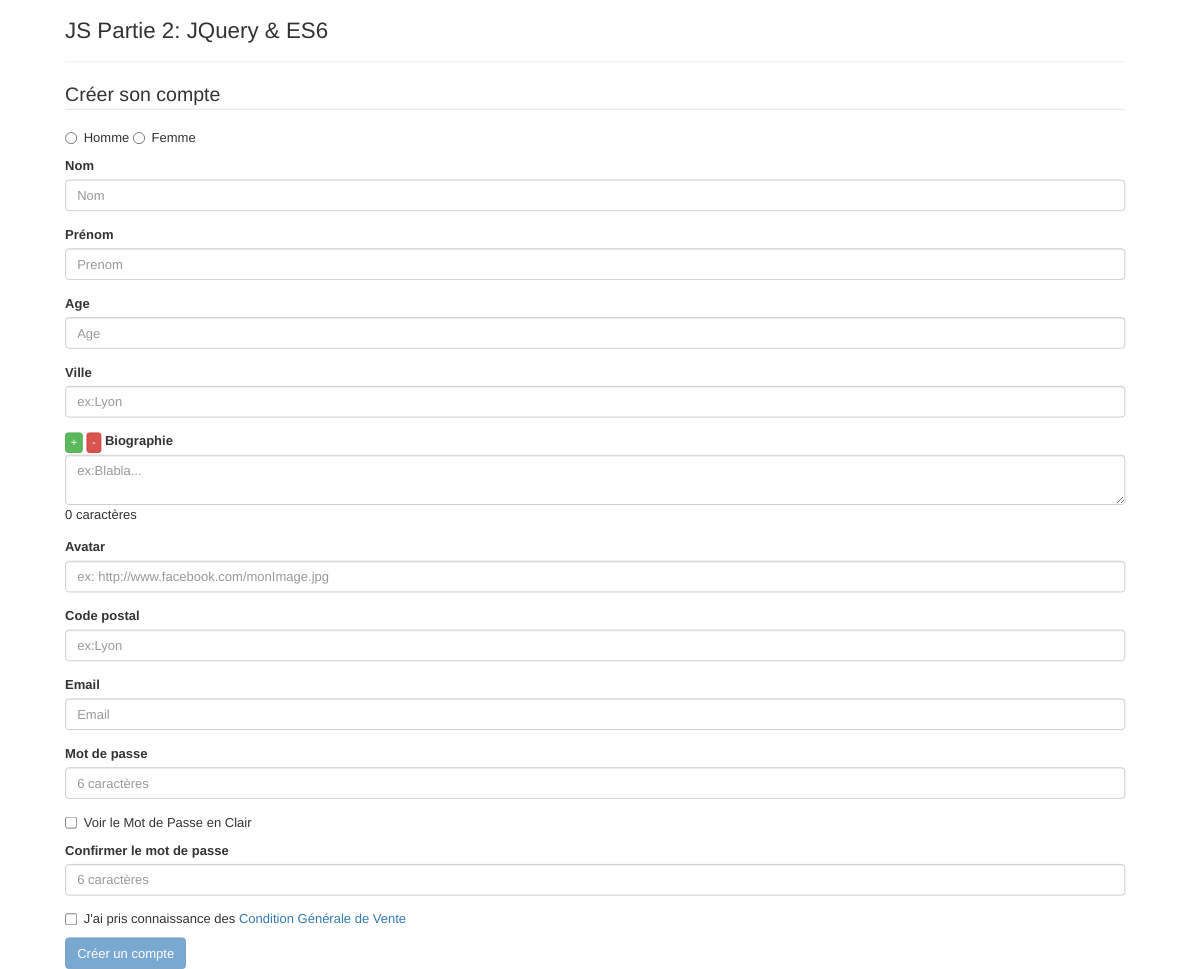
Repository: Symfomany/WildJQueryForm
Page: index.html
The author's editor kept a copy of each file at every save. The page is drawn from the files as they stood at one save, then again after the next save.
The browser window is 1280 px wide. The pictures show the whole page, at 93% of full size.

Above is the page before, as saved 2017-03-06 07:08:03.

After the next save:
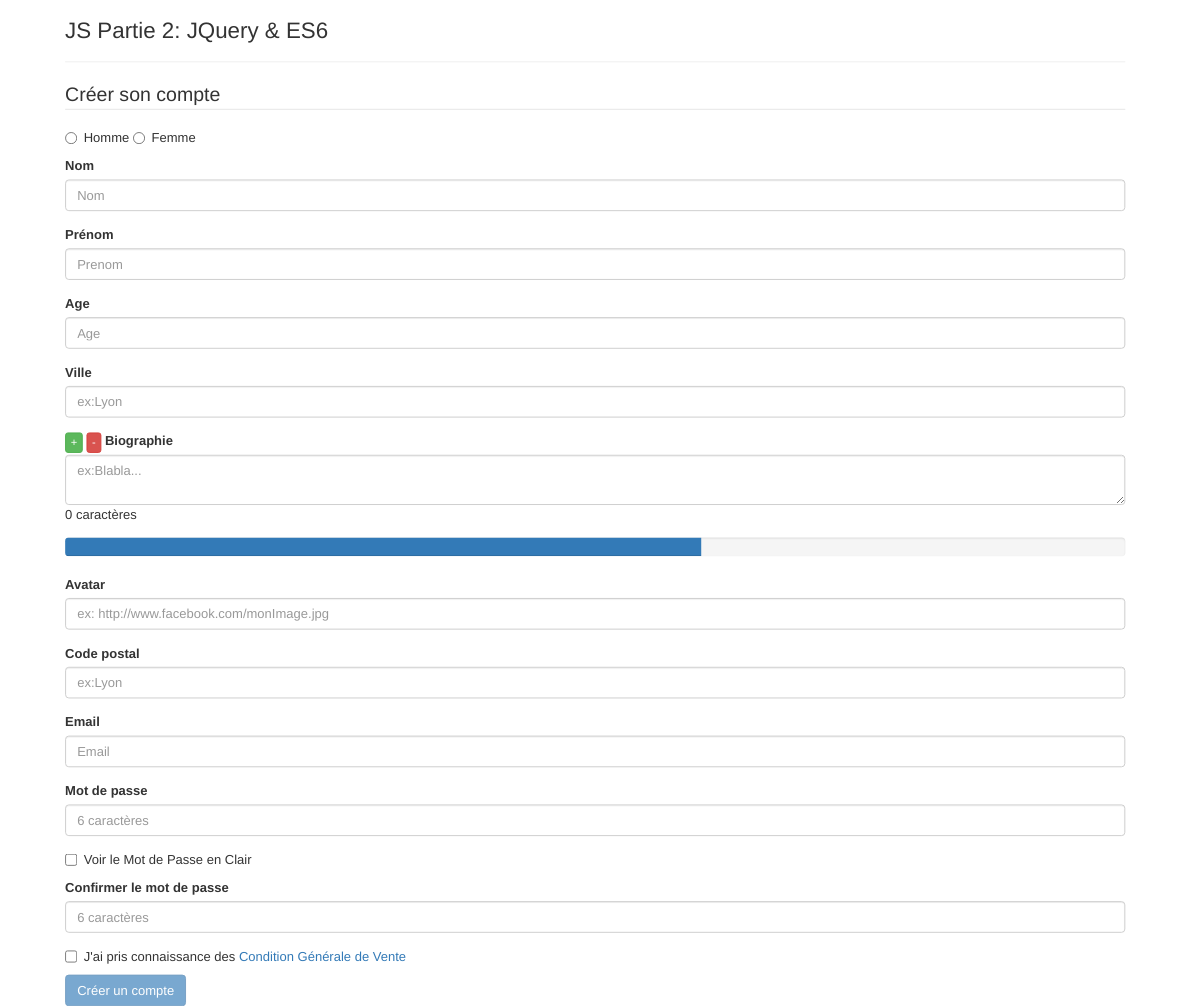
Saved 40 s later.
--- a/index.html
+++ b/index.html
@@ -60,55 +60,59 @@
                 <textarea class="form-control" id="biography" placeholder="ex:Blabla..."></textarea>
                 <span id="nbCars">0</span> caractères
             </div>
+            <div class="progress">
+                <div class="progress-bar" role="progressbar" aria-valuenow="60" aria-valuemin="0" aria-valuemax="100" style="width: 60%;">
+<span class="sr-only">60% Complete</span>
+</div>
+</div>
 
 
+<div class="form-group">
+    <label for="">Avatar</label>
+    <input type="url" class="form-control" id="avatar" placeholder="ex: http://www.facebook.com/monImage.jpg">
+</div>
 
-            <div class="form-group">
-                <label for="">Avatar</label>
-                <input type="url" class="form-control" id="avatar" placeholder="ex: http://www.facebook.com/monImage.jpg">
-            </div>
+<div class="form-group">
+    <label for="">Code postal</label>
+    <input type="text" class="form-control" id="cp" placeholder="ex:Lyon">
+</div>
 
-            <div class="form-group">
-                <label for="">Code postal</label>
-                <input type="text" class="form-control" id="cp" placeholder="ex:Lyon">
-            </div>
+<div class="form-group">
+    <label for="">Email</label>
+    <input type="email" class="form-control" id="email" placeholder="Email">
+</div>
 
-            <div class="form-group">
-                <label for="">Email</label>
-                <input type="email" class="form-control" id="email" placeholder="Email">
-            </div>
+<div class="form-group">
+    <label for="">Mot de passe</label>
+    <input type="password" class="form-control" id="password" placeholder="6 caractères">
+</div>
 
-            <div class="form-group">
-                <label for="">Mot de passe</label>
-                <input type="password" class="form-control" id="password" placeholder="6 caractères">
-            </div>
-
-            <div class="checkbox">
-                <label>
+<div class="checkbox">
+    <label>
                     <input type="checkbox"> Voir le Mot de Passe en Clair
                 </label>
-            </div>
+</div>
 
-            <div class="form-group">
-                <label for="">Confirmer le mot de passe</label>
-                <input type="password" class="form-control" id="password" placeholder="6 caractères">
-            </div>
+<div class="form-group">
+    <label for="">Confirmer le mot de passe</label>
+    <input type="password" class="form-control" id="password" placeholder="6 caractères">
+</div>
 
-            <div class="checkbox">
-                <label>
+<div class="checkbox">
+    <label>
                     <input type="checkbox"> J'ai pris connaissance des <a>Condition Générale de Vente</a>
                 </label>
-            </div>
+</div>
 
 
-            <button disabled type="submit" class="btn btn-primary">Créer un compte</button>
-        </form>
+<button disabled type="submit" class="btn btn-primary">Créer un compte</button>
+</form>
 
 
-    </div>
+</div>
 
-    <script src="http://code.jquery.com/jquery.js"></script>
-    <script src="http://netdna.bootstrapcdn.com/bootstrap/3.3.4/js/bootstrap.min.js"></script>
+<script src="http://code.jquery.com/jquery.js"></script>
+<script src="http://netdna.bootstrapcdn.com/bootstrap/3.3.4/js/bootstrap.min.js"></script>
 
 </body>
 
